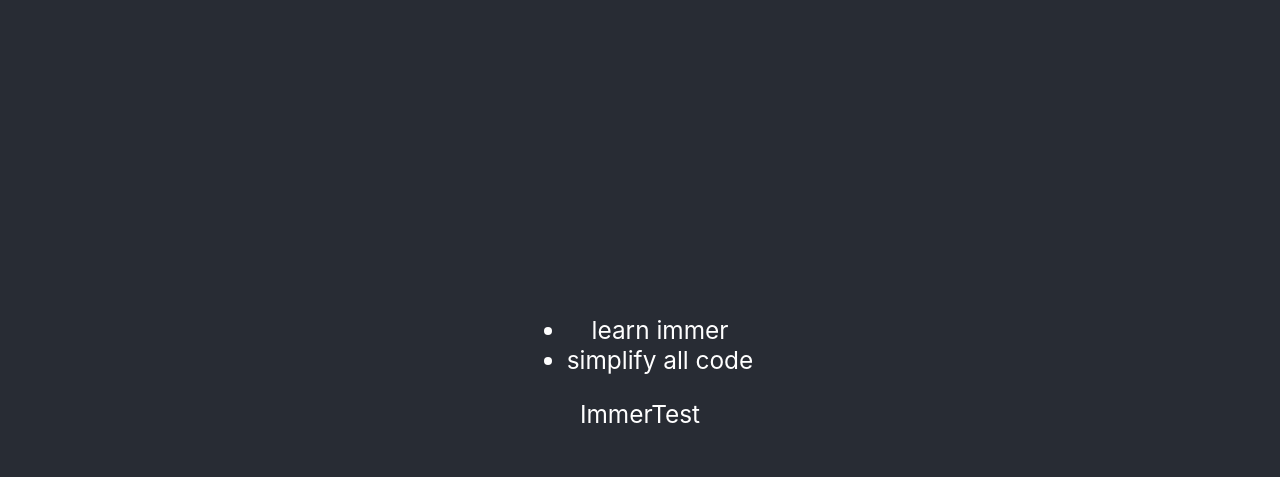
Repository: mhowey-gr8/immer-test
Page: /
The author's editor kept a copy of each file at every save. The page is drawn from the files as they stood at one save, then again after the next save.
The browser window is 1280 px wide. The pictures show the whole page.
The project was rebuilt for these pictures with package versions that can differ from the ones it lists, and the page was loaded fresh each time.

Above is the page before, as saved 2019-06-20 19:09:56.

After the next save:
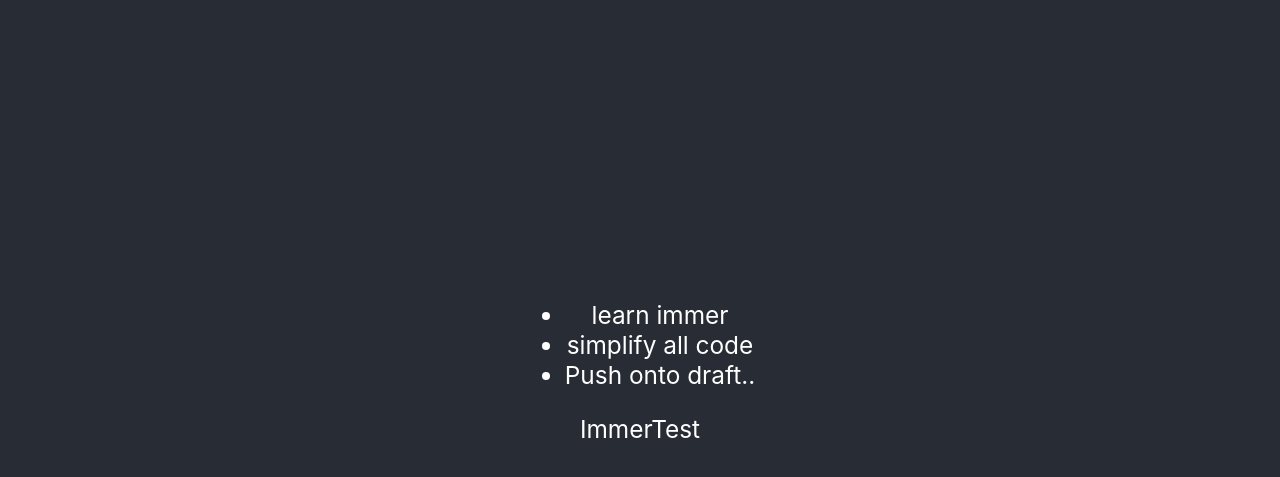
Saved 16 s later.
--- a/src/App.js
+++ b/src/App.js
@@ -23,7 +23,7 @@ function App() {
     <div className='App'>
       <header className='App-header'>
         <ul>
-          {todos.map(todo => {
+          {nextTodos.map(todo => {
             return <li>{todo.text}</li>;
           })}
         </ul>
